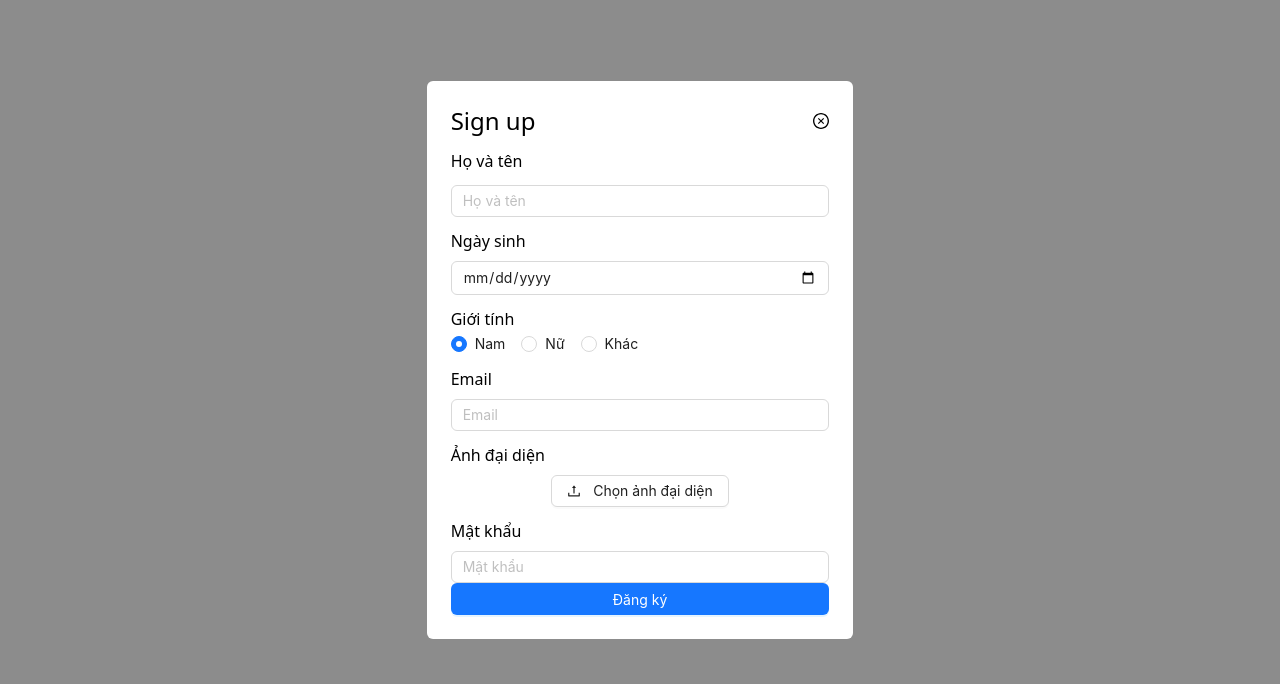
Repository: TinhTT336/MD02_Session14
Page: / (app in client/)
The author's editor kept a copy of each file at every save. The page is drawn from the files as they stood at one save, then again after the next save.
The browser window is 1280 px wide. The pictures show the whole page.
The project was rebuilt for these pictures with package versions that can differ from the ones it lists, and the page was loaded fresh each time. Also part of the build but not shown: client/vite.config.js, client/src/firebase/configFirebase.js, client/src/components/UploadSingleFile.jsx, client/src/components/register/register.css, client/src/components/register/Register.jsx, client/src/components/register/RegisterWithImg.jsx.

Above is the page before, as saved 2023-09-14 14:31:30.

### client/index.html
<!DOCTYPE html>
<html lang="en">
  <head>
    <meta charset="UTF-8" />
    <link rel="icon" type="image/svg+xml" href="/vite.svg" />
    <meta name="viewport" content="width=device-width, initial-scale=1.0" />
    <title>Vite + React</title>
    <!-- <link
      href="https://cdn.jsdelivr.net/npm/bootstrap@5.0.2/dist/css/bootstrap.min.css"
      rel="stylesheet"
      integrity="sha384-EVSTQN3/azprG1Anm3QDgpJLIm9Nao0Yz1ztcQTwFspd3yD65VohhpuuCOmLASjC"
      crossorigin="anonymous"
    />
    <link
      rel="stylesheet"
      href="https://cdnjs.cloudflare.com/ajax/libs/font-awesome/6.4.2/css/all.min.css"
      integrity="sha512-z3gLpd7yknf1YoNbCzqRKc4qyor8gaKU1qmn+CShxbuBusANI9QpRohGBreCFkKxLhei6S9CQXFEbbKuqLg0DA=="
      crossorigin="anonymous"
      referrerpolicy="no-referrer"
    /> -->
  </head>
  <body>
    <div id="root"></div>
    <script type="module" src="/src/main.jsx"></script>
  </body>
</html>

### client/src/App.jsx

import './App.css'
import UploadSingleFile from './components/UploadSingleFile'
import Register from './components/register/Register'
import RegisterWithImg from './components/register/RegisterWithImg'
import Signup from './components/signup/Signup'

function App() {

  return (
    <>
      {/* <UploadSingleFile /> */}
      {/* <Register /> */}
      {/* <RegisterWithImg /> */}
      <Signup />
    </>
  )
}

export default App

### client/src/components/signup/Signup.jsx
import React, { useState } from 'react';
import { CloseCircleOutlined, UploadOutlined } from "@ant-design/icons";
import { Input, Radio, Button, message, Upload, Space } from 'antd';

export default function Signup() {
    const [gender, setGender] = useState(1);
    const handleCheck = (e) => {
        setGender(e.target.value);
    };
    const props = {
        name: 'file',
        action: 'https://www.mocky.io/v2/5cc8019d300000980a055e76',
        headers: {
            authorization: 'authorization-text',
        },
        onChange(info) {
            if (info.file.status !== 'uploading') {
                console.log(info.file, info.fileList);
            }
            if (info.file.status === 'done') {
                message.success(`${info.file.name} file uploaded successfully`);
            } else if (info.file.status === 'error') {
                message.error(`${info.file.name} file upload failed.`);
            }
        },
    };
    return (
        <>
            <div className='fixed top-0 left-0 right-0 bottom-0 flex items-center justify-center bg-rgba-black'>
                <form className='bg-white p-6 rounded-md w-2/6'>
                    <div className='flex items-center justify-between'>
                        <h3 className='text-2xl'>Sign up</h3>
                        <CloseCircleOutlined className='cursor-pointer hover:bg-slate-300 rounded-full' />
                    </div>
                    <div className='mt-3'>
                        <label htmlFor="name">Họ và tên</label>
                        <Input placeholder="Họ và tên" className='mt-3' name='name' id='name' />
                    </div>
                    <div className='mt-3'>
                        <label htmlFor="dateOfBirth">Ngày sinh</label>
                        <Input placeholder="Ngày sinh" className='mt-2' name='dateOfBirth' id='dateOfBirth' type='date' />
                    </div>
                    <div className='mt-3'>
                        <label htmlFor="dateOfBirth">Giới tính</label>
                        <div>
                            <Radio.Group onChange={handleCheck} value={gender}>
                                <Radio value={1}>Nam</Radio>
                                <Radio value={2}>Nữ</Radio>
                                <Radio value={3}>Khác</Radio>
                            </Radio.Group>
                        </div>
                    </div>
                    <div className='mt-3'>
                        <label htmlFor="email">Email</label>
                        <Input placeholder="Email" className='mt-2' name='email' id='email' type='text' />
                    </div>
                    <div className='mt-3'>
                        <label htmlFor="avatar">Ảnh đại diện</label>
                        <div className='text-center mt-2'>
                            <Upload {...props}>
                                <Button icon={<UploadOutlined />}> Chọn ảnh đại diện</Button>
                            </Upload>
                        </div>
                    </div>
                    <div className='mt-3'>
                        <label htmlFor="password">Mật khẩu</label>
                        <Input placeholder="Mật khẩu" className='mt-2' name='password' id='password' type='password' />
                    </div>
                    <div>
                        <Button type='primary' block className='w-full btn-primary'>Đăng ký</Button>
                    </div>
                </form>
            </div>

        </>
    )
}

### client/tailwind.config.js
/** @type {import('tailwindcss').Config} */
export default {
  content: ["./index.html", "./src/**/*.{js,ts,jsx,tsx}"],
  theme: {
    extend: {
      backgroundColor: {
        "rgba-black": "rgba(0,0,0,0.45)",
      },
    },
  },
  plugins: [],
};

Loaded but not shown: client/src/main.jsx (common file); client/src/index.css (common file); client/src/App.css (common file)

After the next save:
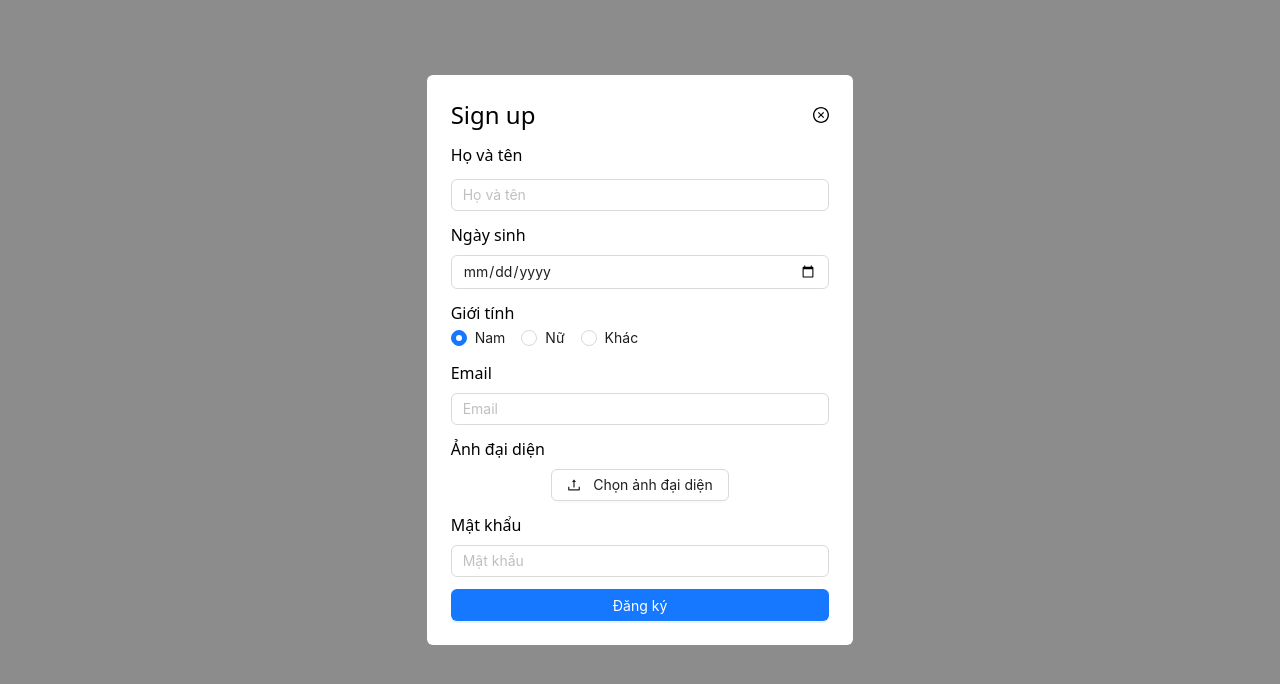
Saved 11 s later.
--- a/client/src/components/signup/Signup.jsx
+++ b/client/src/components/signup/Signup.jsx
@@ -67,7 +67,7 @@ export default function Signup() {
                         <Input placeholder="Mật khẩu" className='mt-2' name='password' id='password' type='password' />
                     </div>
                     <div>
-                        <Button type='primary' block className='w-full btn-primary'>Đăng ký</Button>
+                        <Button type='primary' block className='w-full btn-primary mt-3'>Đăng ký</Button>
                     </div>
                 </form>
             </div>
